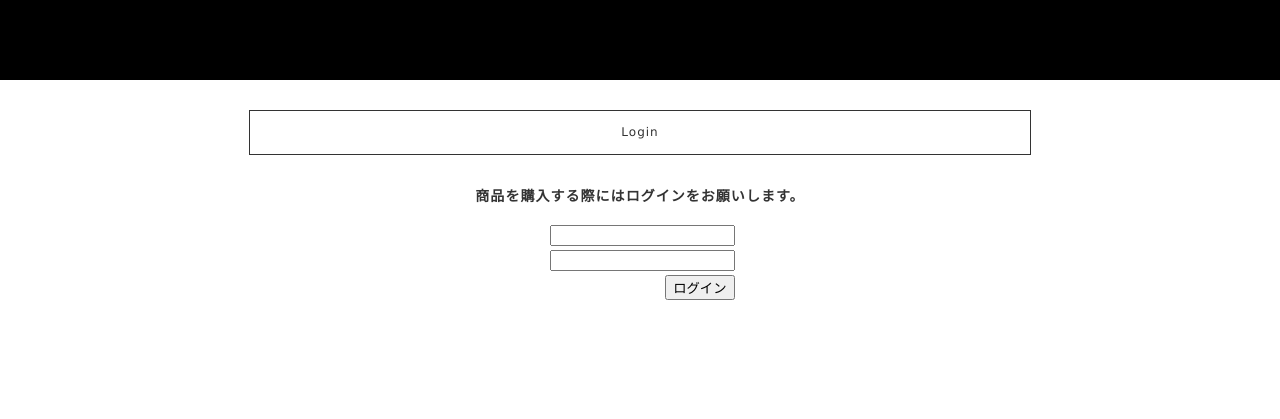
Repository: REDsky96/test
Page: http://localhost/ecsite/login.jsp
These files come from the project's save history. The page is drawn as it stood at one moment and after the next save; the edit follows.
The browser window is 1280 px wide. The pictures show the whole page.
The page is served by Tomcat 9. Other server files are loaded and not shown.

Above is the page before, as saved 2018-11-06 05:42:05.

### ecsite/WebContent/login.jsp
<%@ page language="java" contentType="text/html; charset=UTF-8"
    pageEncoding="UTF-8"%>
<%@ taglib prefix = "s" uri="/struts-tags" %>
<!DOCTYPE html PUBLIC "-//W3C//DTD HTML 4.01 Transitional//EN" "http://www.w3.org/TR/html4/loose.dtd">
<html>
<head>
<meta http-equiv="Content-Type" content="text/html; charset=utf-8" />
<meta http-equiv="Content-Style-Type" content="text/css" />
<meta http-equiv="Content-Script-Type" content="text/javascript" />
<meta http-equiv="imagetoolbar" content="no" />
<meta name="description" content="" />
<meta name="keywords" content="" />
<title>Login画面</title>
<style type="text/css">
body{
margin:0;
padding:0;
line-height:1.6;
letter-spacing:1px;
font-family:Verdana, Helvetica, sans-serif;
font-size:12px;
color:#333;
background:#fff;
}

table {
text-align:center;
margin:0 auto;
}

#top {
width:780px;
margin:30px auto;
border:1px solid #333;
}

#header {
width: 100%;
height:80px;
background-color: black;
}

#main{
width: 100%;
height: 500px;
text-align: center;
}

#footer {
width: 100%;
height: 80px;
background-color: black;
clear:both;
}

#text-link {
display: inline-block;
text-align: right;

}

</style>
</head>


<body>
  <div id = "header">
    <div id = "pr">
    </div>
  </div>

  <div id = "main">
    <div id = "top">
      <p>Login</p>
    </div>

    <div>
      <h3>商品を購入する際にはログインをお願いします。</h3>
        <s:form action = "LoginAction">
          <s:textfield name = "loginUserId"/>
          <s:password name = "loginPassword"/>
          <s:submit value = "ログイン"/>
        </s:form></div></div>

</body>
</html>

After the next save:
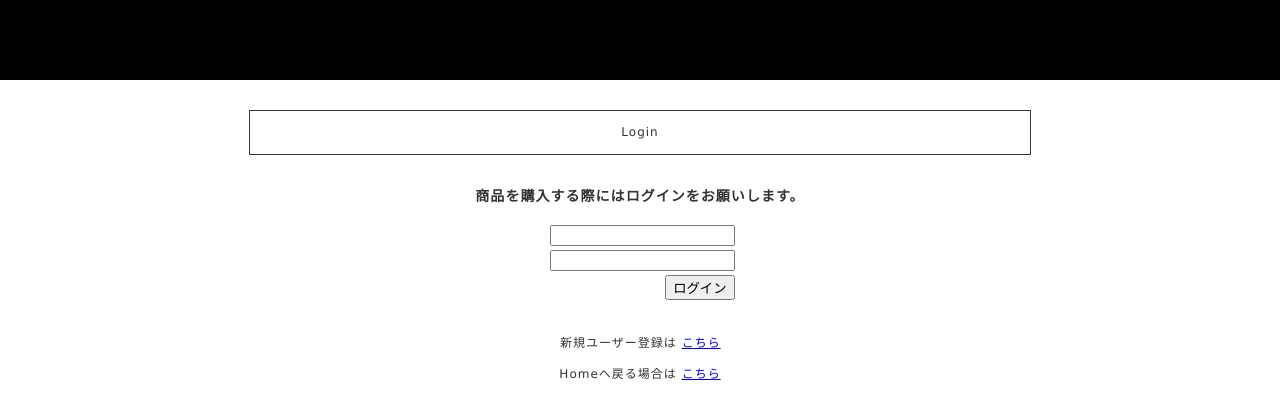
Saved 4 min 15 s later.
--- a/ecsite/WebContent/login.jsp
+++ b/ecsite/WebContent/login.jsp
@@ -80,7 +80,16 @@
           <s:textfield name = "loginUserId"/>
           <s:password name = "loginPassword"/>
           <s:submit value = "ログイン"/>
-        </s:form></div></div>
+        </s:form>
+        <br/>
+        <div id = "text-link">
+          <p>新規ユーザー登録は
+            <a href = '<s:url action = "UserCreateAction"/>'>こちら</a></p>
+          <p>Homeへ戻る場合は
+            <a href = '<s:url action = "GoHomeAction"/>'>こちら</a></p>
+        </div>
+     </div>
+   </div>
 
 </body>
 </html>
